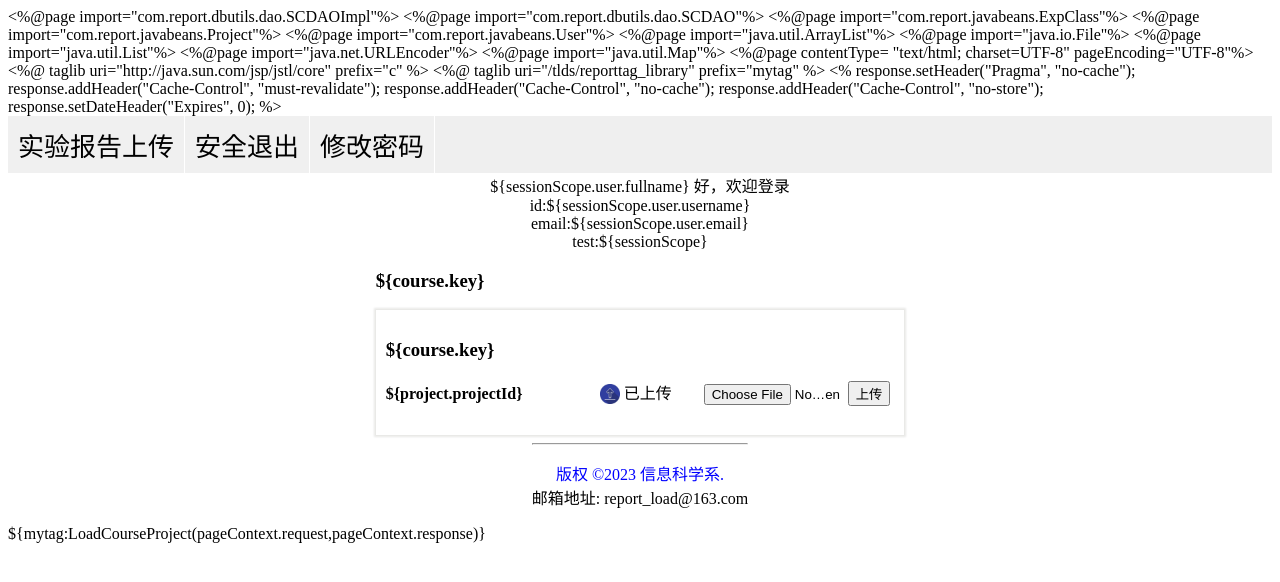
Repository: IAmJiangWenHao/ReportServer
Page: web/demo.html
The author's editor kept a copy of each file at every save. The page is drawn from the files as they stood at one save, then again after the next save.
The browser window is 1280 px wide. The pictures show the whole page.

Above is the page before, as saved 2023-06-01 10:17:41.

After the next save:
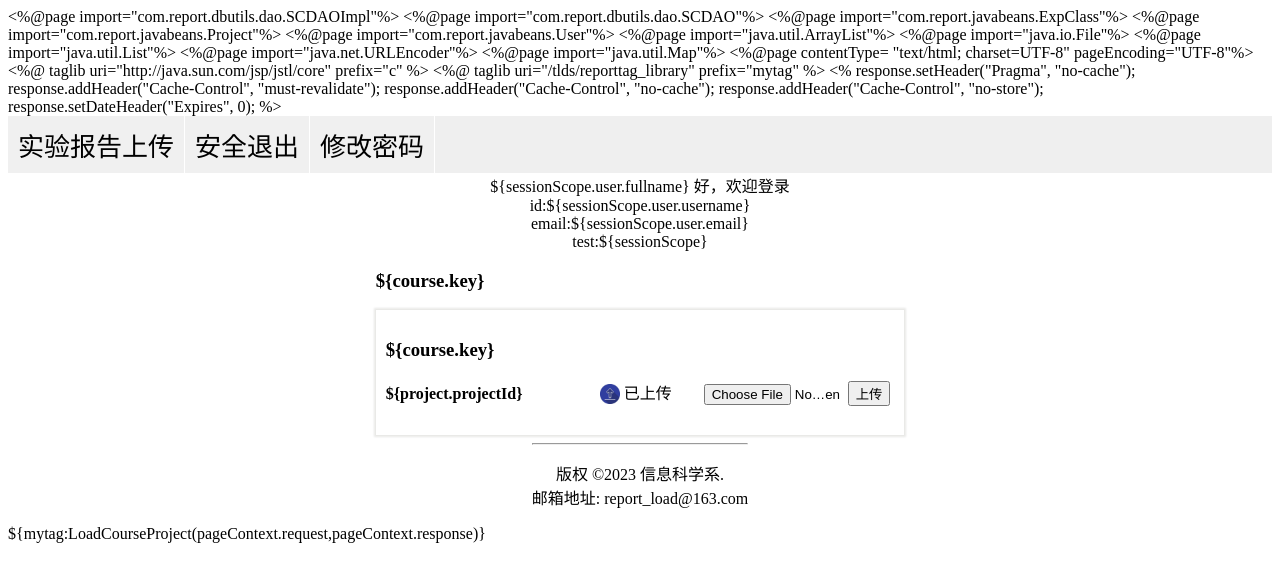
Saved 29 s later.
--- a/web/demo.html
+++ b/web/demo.html
@@ -130,7 +130,7 @@
     </table>
     </c:forEach>
       <div>
-        <hr><p align="center"><font color="blue">
+        <hr><p align="center"><font color="black">
     版权 ©2023  信息科学系.</font>
 <br>邮箱地址: report_load@163.com
 
